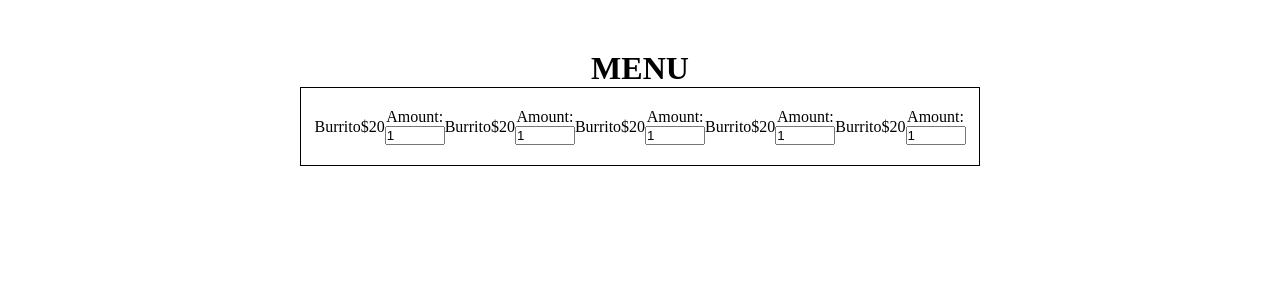
Repository: LamQuocPhu/JungTalent
Page: http://localhost/
These files come from the project's save history. The page is drawn as it stood at one moment and after a run of saves; the edit follows.
The browser window is 1280 px wide. The pictures show the whole page.
The page is served by the project's Node server (index.js).

Above is the page before, as saved 2023-10-25 23:02:28.

After the next 6 saves:
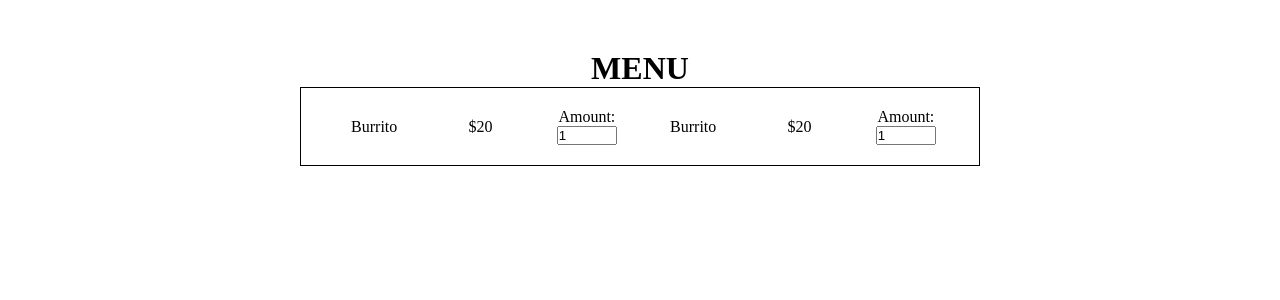
The 6 saves are shown as one change because they came seconds apart.
The last was saved 24 s later.
--- a/views/cart.ejs
+++ b/views/cart.ejs
@@ -32,38 +32,7 @@
             <input type="number" value="1" min="1" max="100" />
           </div>
 
-          <div class="item-name">
-            <span>Burrito</span>
-          </div>
-          <div class="item-price">
-            <span>$20</span>
-          </div>
-          <div class="item-amount">
-            <span>Amount:</span>
-            <input type="number" value="1" min="1" max="100" />
-          </div>
 
-          <div class="item-name">
-            <span>Burrito</span>
-          </div>
-          <div class="item-price">
-            <span>$20</span>
-          </div>
-          <div class="item-amount">
-            <span>Amount:</span>
-            <input type="number" value="1" min="1" max="100" />
-          </div>
-
-          <div class="item-name">
-            <span>Burrito</span>
-          </div>
-          <div class="item-price">
-            <span>$20</span>
-          </div>
-          <div class="item-amount">
-            <span>Amount:</span>
-            <input type="number" value="1" min="1" max="100" />
-          </div>
       </div>
     </div>
   </body>
